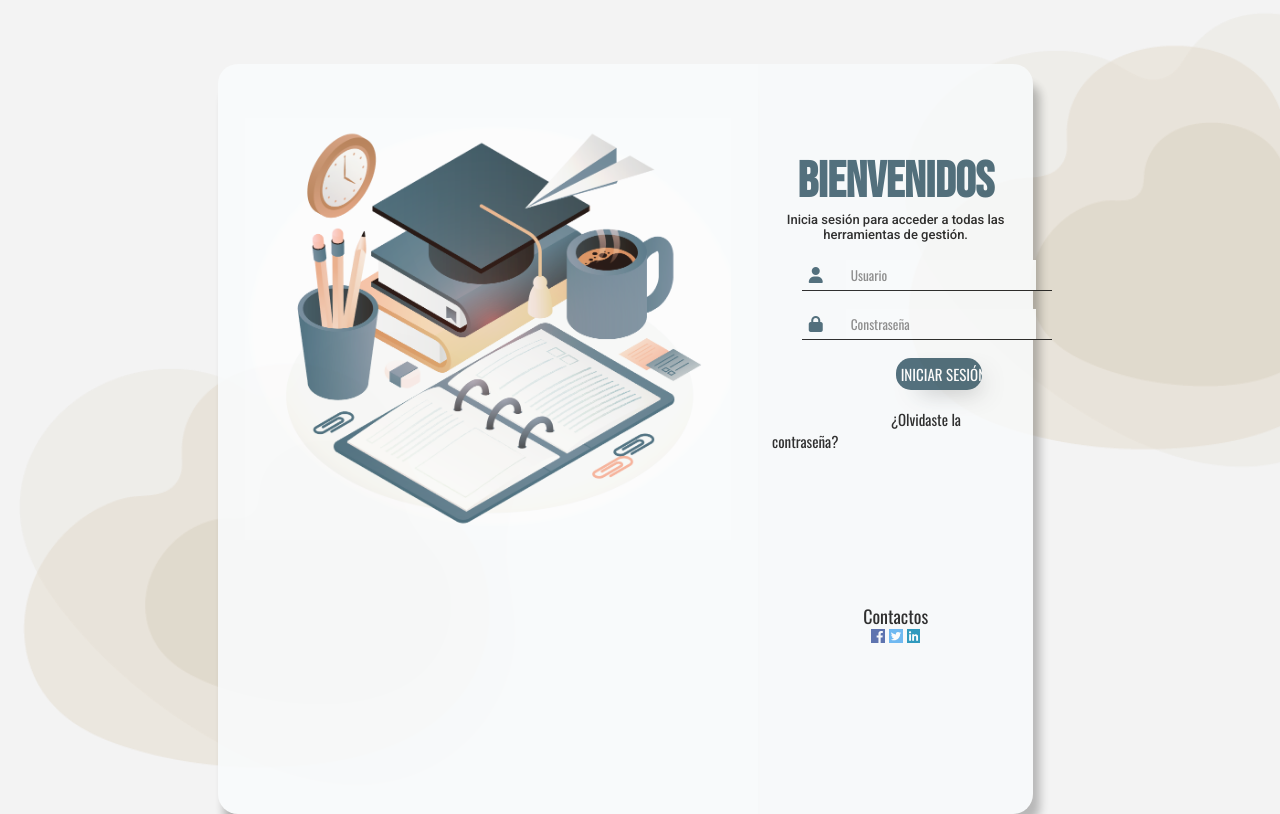
Repository: AlejandraBarrachina23/TPIntegrador_Barrachina_Java
Page: http://localhost/Alejandra_Barrachina_TP_Integrador1/login.jsp
These files come from the project's save history. The page is drawn as it stood at one moment and after the next save; the edit follows.
The browser window is 1280 px wide. The pictures show the whole page.
Some web fonts or font styles are not loaded; a fallback is used. Some web libraries are served in a nearby version. The page is served by Tomcat 9. Nobody is signed in. The application's start-up code is not run.

Above is the page before, as saved 2019-12-05 04:42:45.

After the next save:
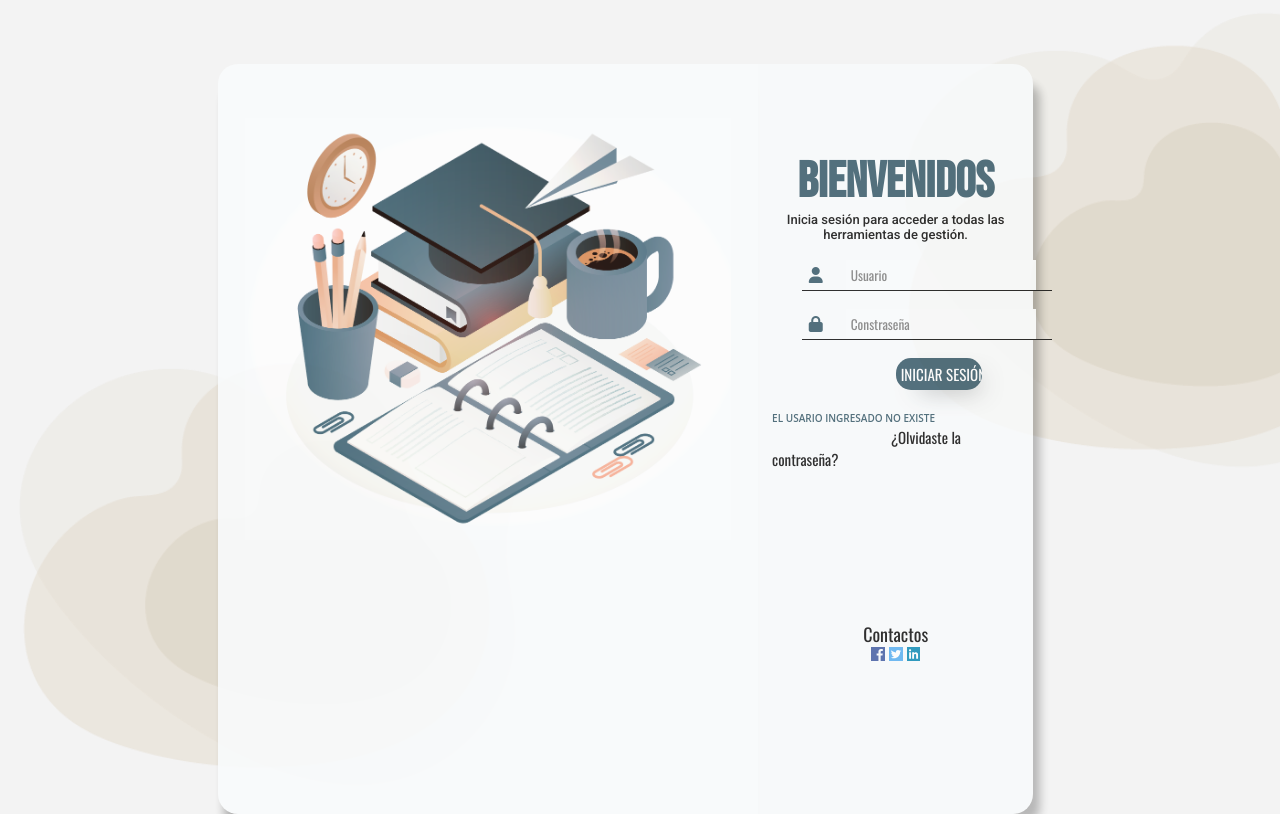
Saved 12 h 28 min later.
--- a/Alejandra_Barrachina_TP_Integrador1/WebContent/login.jsp
+++ b/Alejandra_Barrachina_TP_Integrador1/WebContent/login.jsp
@@ -26,7 +26,7 @@
 				<div class="text-box"><i class="fas fa-user"></i><input type="text" name="tboxUsuario" placeholder="Usuario" required></div><br>
 				<div class="text-box"><i class="fas fa-lock"></i><input type="password" name="tboxContrasenia" placeholder="Constraseña" required></div><br>
 				<input class="main-button" type="submit" name="btnLogin" value="INICIAR SESIÓN"><br><br>
-				<label></label>
+				<label>EL USARIO INGRESADO NO EXISTE</label>
 				<a href="recuperacion.jsp">¿Olvidaste la contraseña?</a><br>
 			</div>
 			<div id="login-contacto">
